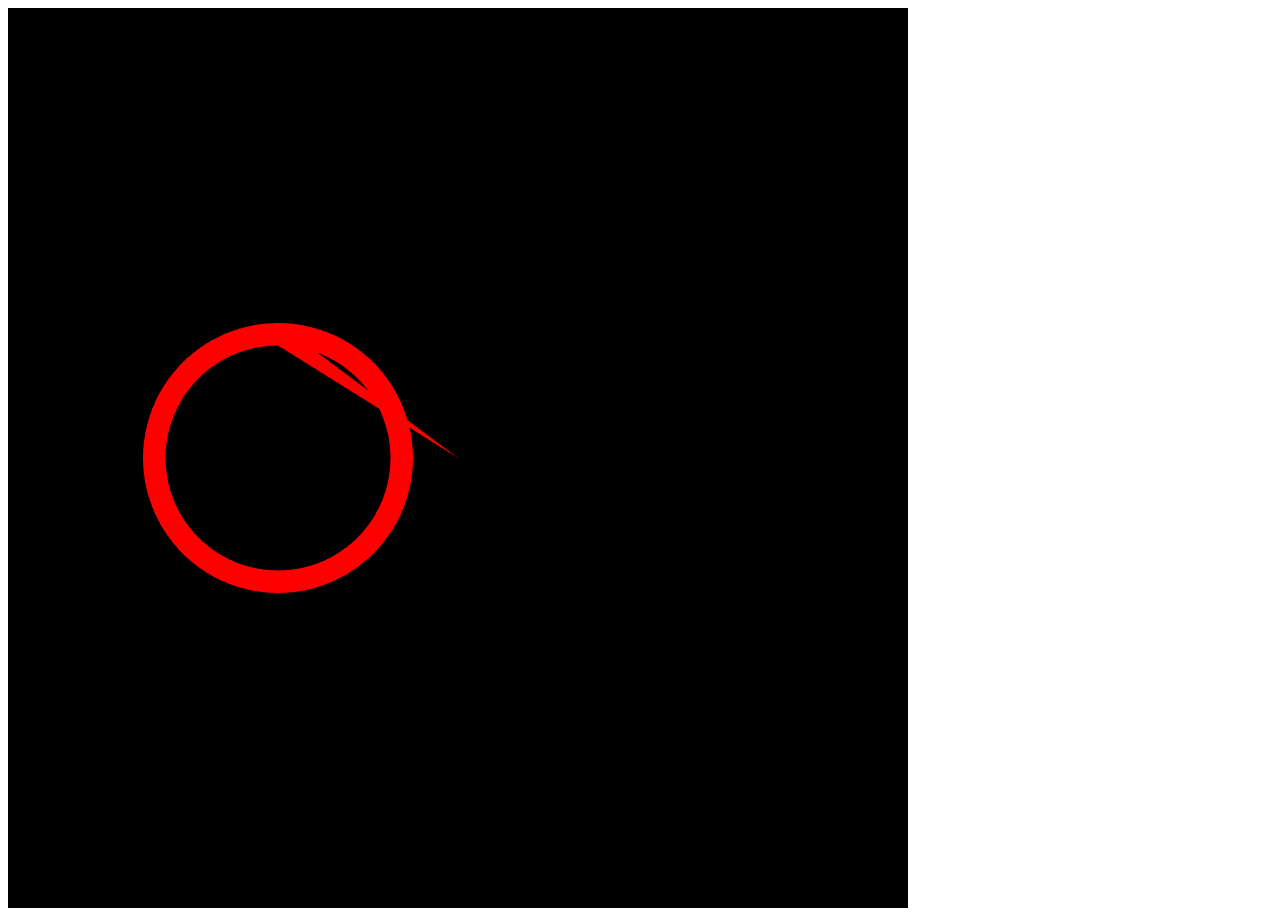
Repository: ChristeZeng/ComputerGraphics
Page: Lab2/Test.html
These files come from the project's save history. The page is drawn as it stood at one moment and after the next save; the edit follows.
The browser window is 1280 px wide. The pictures show the whole page.

Above is the page before, as saved 2021-10-02 17:22:50.

After the next save:
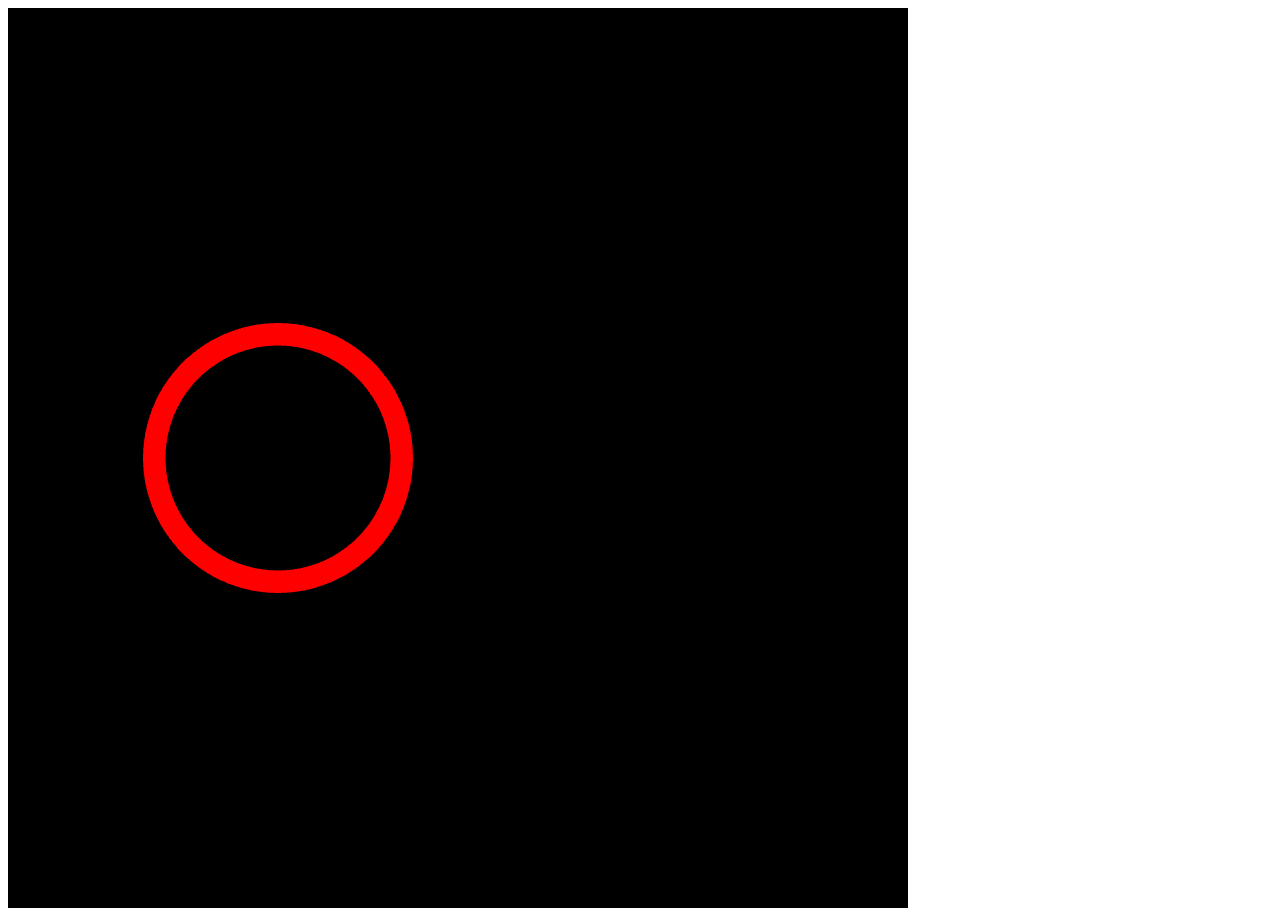
Saved 14 s later.
--- a/Lab2/Test.js
+++ b/Lab2/Test.js
@@ -77,7 +77,7 @@
 function initBuffers(gl)
 {
     var N = 100;
-    var vertices = [0.0, 0.0];
+    var vertices = [];
     var r_inner = 0.25;
     var r_outter = 0.3;
 
